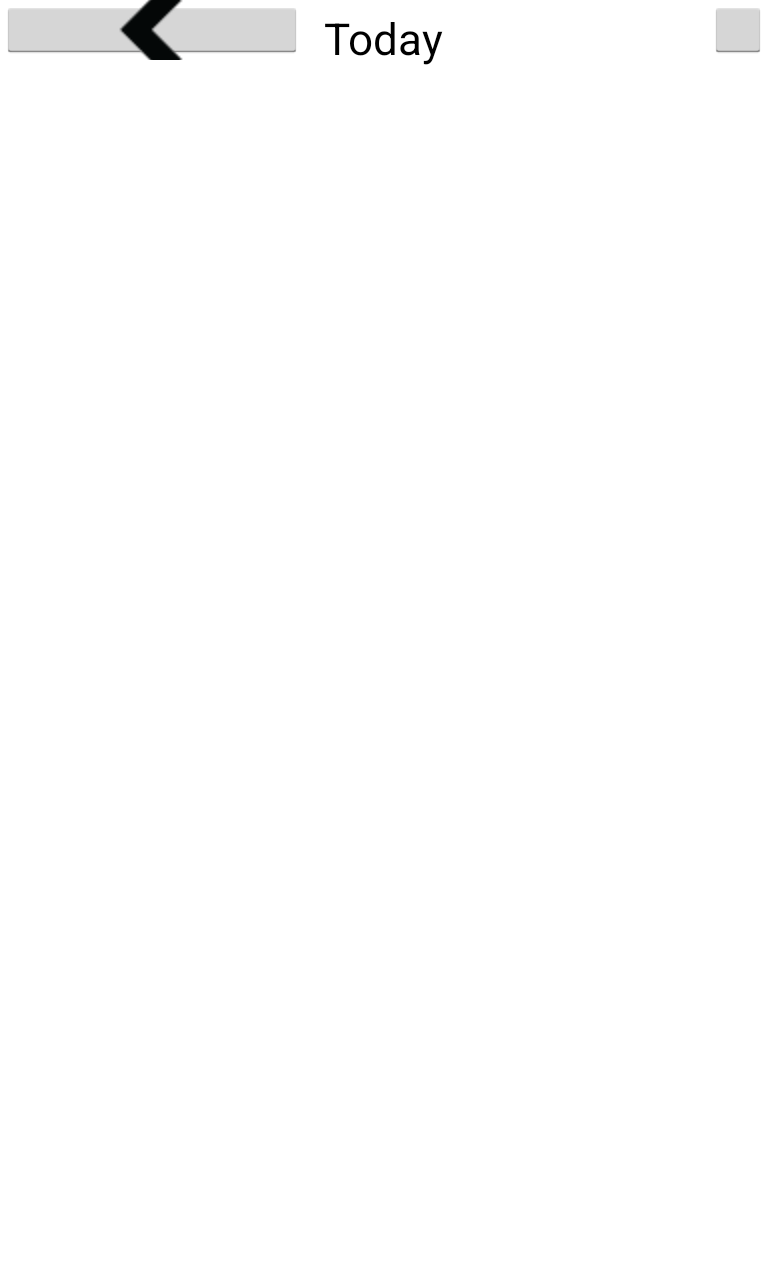
Repository: ranika/pilltracker
Layout: PillTracker/res/layout/fragment_med_log.xml
An editor plug-in stored every save of this project. The layout is shown before and after the next save, followed by the edit.
It is drawn on a 768 x 1280 px phone screen (xhdpi) without system bars, with theme AppTheme; the app's code is not run.

Above is the layout before, as saved 2014-04-10 03:30:59.

### PillTracker/res/layout/fragment_med_log.xml
<RelativeLayout xmlns:android="http://schemas.android.com/apk/res/android"
    android:layout_width="fill_parent"
    android:layout_height="fill_parent" >

    <Button
        android:id="@+id/button1"
        style="?android:attr/buttonStyleSmall"
        android:layout_width="wrap_content"
        android:layout_height="30dp"
        android:layout_alignParentLeft="true"
        android:layout_alignParentTop="true"
        android:drawableRight="@drawable/arrow_left"/>

    <Button
        android:id="@+id/button2"
        android:layout_width="30dp"
        android:layout_height="30dp"
        android:layout_alignParentRight="true"
        android:layout_alignParentTop="true"
        android:drawableRight="@drawable/arrow_right" />

    <TextView
        android:id="@+id/textView1"
        android:layout_width="wrap_content"
        android:layout_height="wrap_content"
        android:layout_alignBaseline="@+id/button2"
        android:layout_alignBottom="@+id/button2"
        android:layout_centerHorizontal="true"
        android:text="@string/today"
        android:textAppearance="?android:attr/textAppearanceLarge" />

</RelativeLayout>

### PillTracker/res/values/strings.xml
<?xml version="1.0" encoding="utf-8"?>
<resources>

    <string name="app_name">Pill Tracker</string>
    <string name="action_settings">Settings</string>
    <string name="med_log">Medication Log</string>
    <string name="prescriptions">Prescriptions</string>
    <string name="reminders">Reminders</string>
    <string name="doctors">Doctors</string>
    <string name="pharmacies">Pharmacies</string>
    <string name="notes">Notes</string>
    <string name="settings">Settings</string>

    <color name="black">#CCCCCC</color>

    <string name="title_activity_med_log">Medication Log</string>
    <string name="today">Today</string>
    <string name="10am">10 AM</string>
    <string name="pill">Pill</string>
    <string name="vitamin">Vitamin</string>
    <string name="10pm">10 PM</string>
    <string name="nasal">Nasal Spray</string>

</resources>

Loaded but not shown: PillTracker/res/values/styles.xml (common file); PillTracker/res/values-v11/styles.xml (common file); PillTracker/res/values-v14/styles.xml (common file)

After the next save:
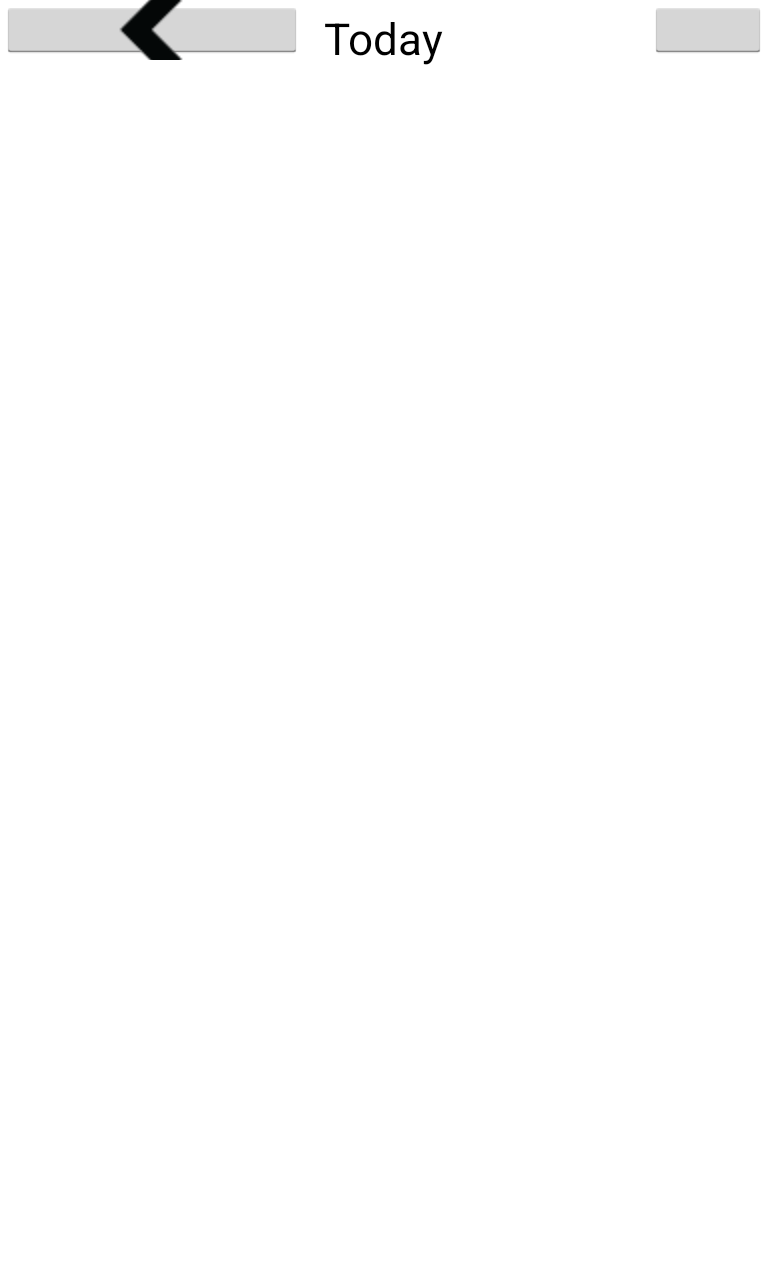
Saved 6 s later.
--- a/PillTracker/res/layout/fragment_med_log.xml
+++ b/PillTracker/res/layout/fragment_med_log.xml
@@ -13,7 +13,7 @@
 
     <Button
         android:id="@+id/button2"
-        android:layout_width="30dp"
+        android:layout_width="60dp"
         android:layout_height="30dp"
         android:layout_alignParentRight="true"
         android:layout_alignParentTop="true"
